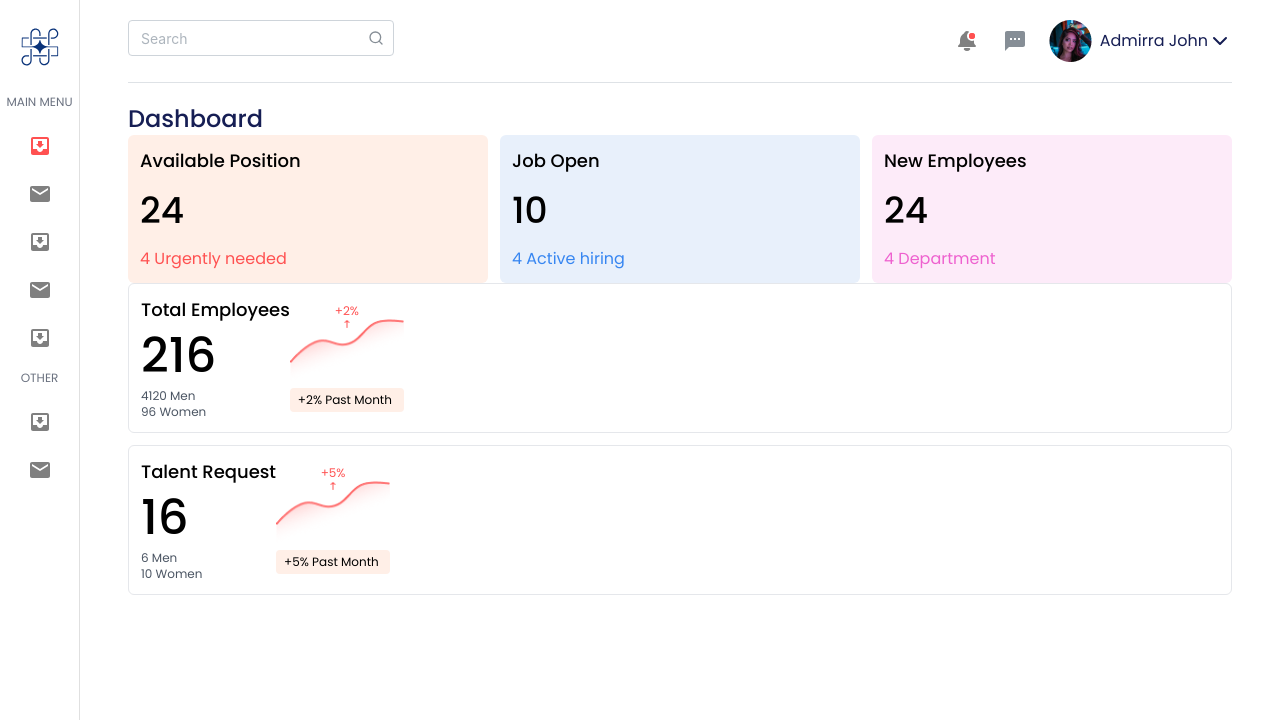
Repository: SatyaDewangan05/sample-dashboard
Page: /
An editor plug-in stored every save of this project. The page is shown before and after the next save, followed by the edit.
The browser window is 1280 px wide. The pictures show the whole page.
The project was rebuilt for these pictures with package versions that can differ from the ones it lists, and the page was loaded fresh each time. The framework's server and built-in components were replaced by stand-ins that run in the browser. Also part of the build but not shown: next.config.mjs.

Above is the page before, as saved 2024-09-22 00:36:30.

After the next save:
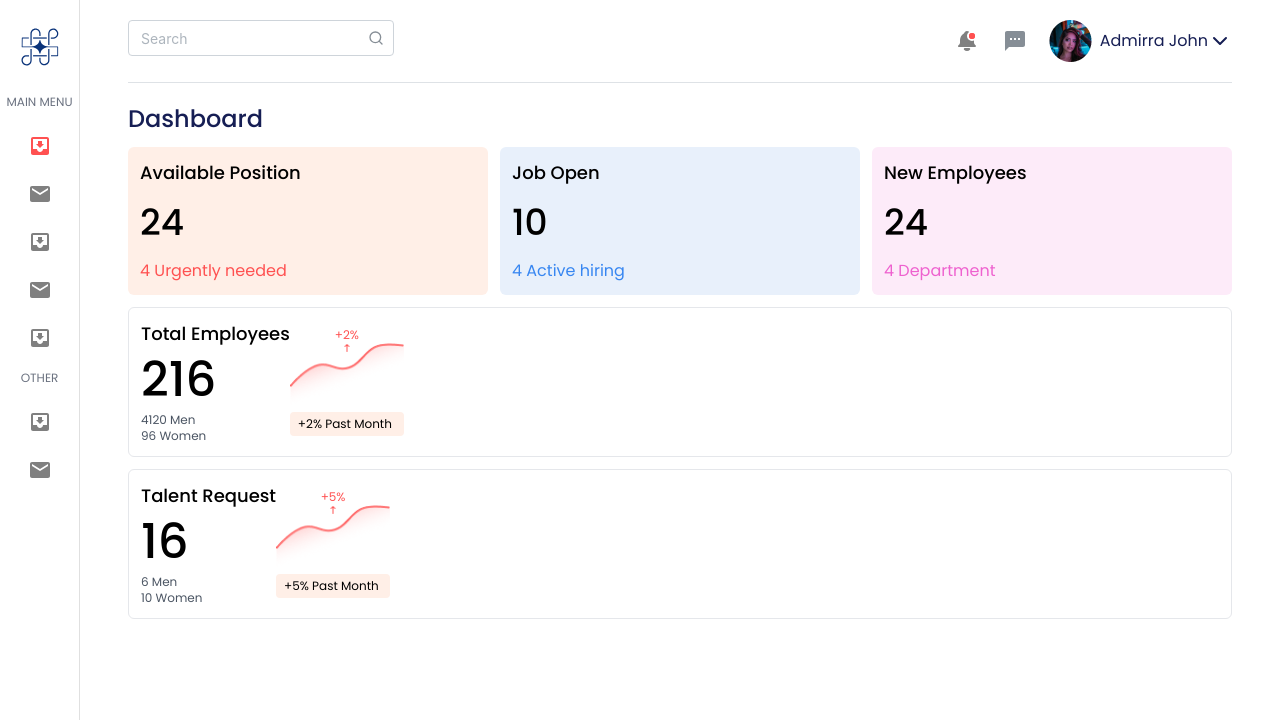
Saved 69 s later.
--- a/src/app/page.jsx
+++ b/src/app/page.jsx
@@ -67,42 +67,44 @@ export default function Home() {
 
         <div className="w-full py-5">
           <p className="text-2xl font-medium text-[#161E54]">Dashboard</p>
-          <div className="grid grid-cols-3 gap-3">
-            <ThreeData
-              heading="Available Position"
-              figure={24}
-              text="4 Urgently needed"
-              bgColor="#FFEFE7"
-              textColor="#FF5151"
-            />
-            <ThreeData
-              heading="Job Open"
-              figure={10}
-              text="4 Active hiring"
-              bgColor="#E8F0FB"
-              textColor="#3786F1"
-            />
-            <ThreeData
-              heading="New Employees"
-              figure={24}
-              text="4 Department"
-              bgColor="#FDEBF9"
-              textColor="#EE61CF"
-            />
-          </div>
-          <div className="grid grid-col-2 gap-3">
-            <DetailChart
-              heading="Total Employees"
-              figure={216}
-              texts={["4120 Men", "96 Women"]}
-              variation="+2%"
-            />
-            <DetailChart
-              heading="Talent Request"
-              figure={16}
-              texts={["6 Men", "10 Women"]}
-              variation="+5%"
-            />
+          <div className="py-3 flex flex-col gap-3">
+            <div className="grid grid-cols-3 gap-3">
+              <ThreeData
+                heading="Available Position"
+                figure={24}
+                text="4 Urgently needed"
+                bgColor="#FFEFE7"
+                textColor="#FF5151"
+              />
+              <ThreeData
+                heading="Job Open"
+                figure={10}
+                text="4 Active hiring"
+                bgColor="#E8F0FB"
+                textColor="#3786F1"
+              />
+              <ThreeData
+                heading="New Employees"
+                figure={24}
+                text="4 Department"
+                bgColor="#FDEBF9"
+                textColor="#EE61CF"
+              />
+            </div>
+            <div className="grid grid-col-2 gap-3">
+              <DetailChart
+                heading="Total Employees"
+                figure={216}
+                texts={["4120 Men", "96 Women"]}
+                variation="+2%"
+              />
+              <DetailChart
+                heading="Talent Request"
+                figure={16}
+                texts={["6 Men", "10 Women"]}
+                variation="+5%"
+              />
+            </div>
           </div>
         </div>
       </div>
